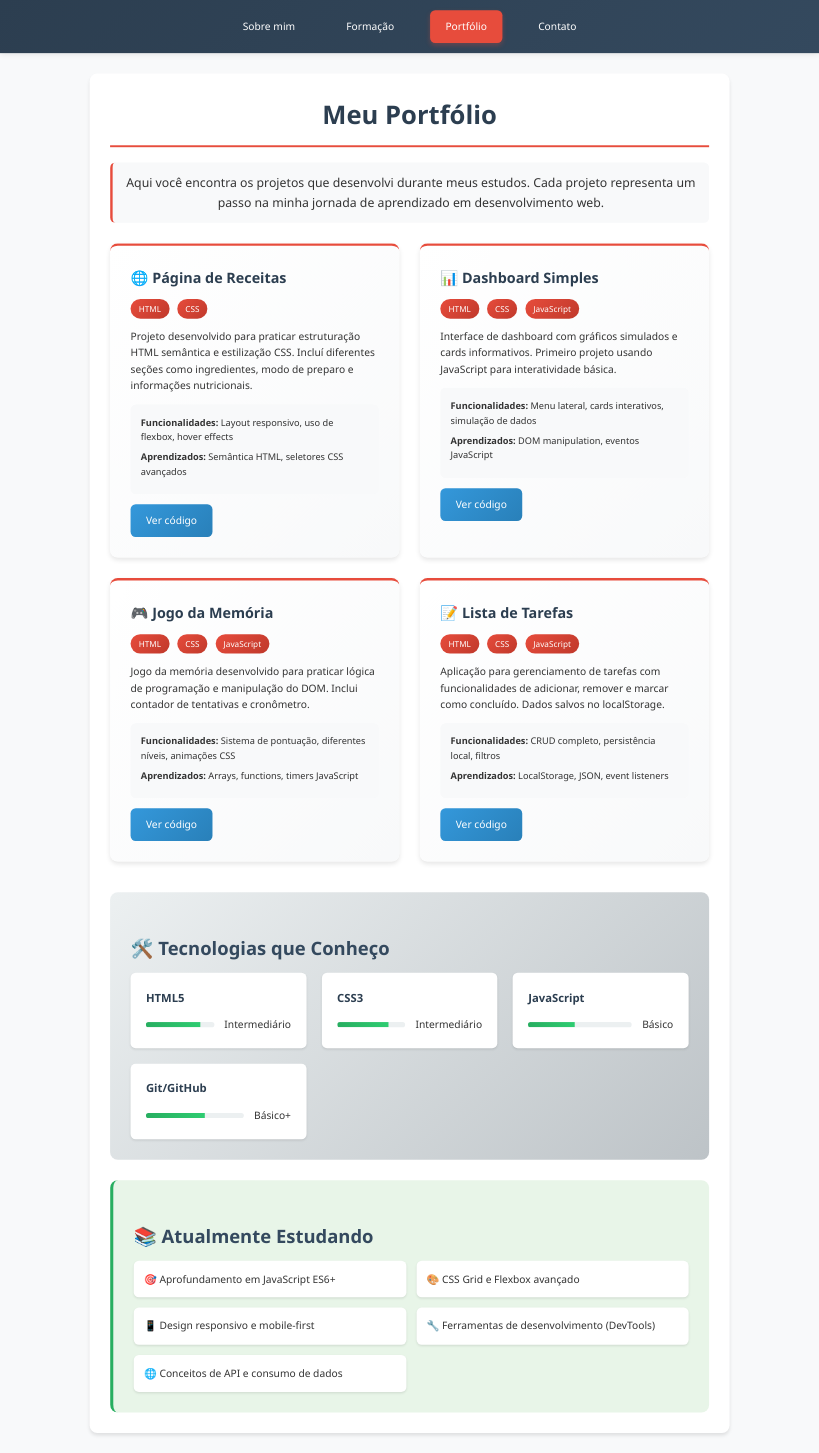
Repository: AnderHonorato/meu-portfolio
Page: portfolio.html
The author's editor kept a copy of each file at every save. The page is drawn from the files as they stood at one save, then again after the next save.
The browser window is 1280 px wide. The pictures show the whole page, at 64% of full size.

Above is the page before, as saved 2025-08-26 20:14:50.

### portfolio.html
<!DOCTYPE html>
<html lang="pt-br">
<head>
    <meta charset="UTF-8">
    <meta name="viewport" content="width=device-width, initial-scale=1.0">
    <title>Portfólio - João Silva</title>
    <link rel="stylesheet" href="css/style.css">
</head>
<body>
    <!-- Menu de navegação idêntico em todas as páginas -->
    <nav class="menu">
        <ul>
            <li><a href="index.html">Sobre mim</a></li>
            <li><a href="formacao.html">Formação</a></li>
            <li><a href="portfolio.html" class="ativo">Portfólio</a></li>
            <li><a href="contato.html">Contato</a></li>
        </ul>
    </nav>

    <!-- Conteúdo específico da página de portfólio -->
    <main class="conteudo">
        <h1>Meu Portfólio</h1>

        <p class="intro-portfolio">Aqui você encontra os projetos que desenvolvi durante meus estudos. Cada projeto representa um passo na minha jornada de aprendizado em desenvolvimento web.</p>

        <!-- Grid de projetos -->
        <div class="projetos-grid">
            <div class="projeto-item">
                <h3>🌐 Página de Receitas</h3>
                <div class="tags-projeto">
                    <span class="tag">HTML</span>
                    <span class="tag">CSS</span>
                </div>
                <p>Projeto desenvolvido para praticar estruturação HTML semântica e estilização CSS. Incluí diferentes seções como ingredientes, modo de preparo e informações nutricionais.</p>
                <div class="projeto-detalhes">
                    <p><strong>Funcionalidades:</strong> Layout responsivo, uso de flexbox, hover effects</p>
                    <p><strong>Aprendizados:</strong> Semântica HTML, seletores CSS avançados</p>
                </div>
                <a href="#" class="btn-projeto">Ver código</a>
            </div>

            <div class="projeto-item">
                <h3>📊 Dashboard Simples</h3>
                <div class="tags-projeto">
                    <span class="tag">HTML</span>
                    <span class="tag">CSS</span>
                    <span class="tag">JavaScript</span>
                </div>
                <p>Interface de dashboard com gráficos simulados e cards informativos. Primeiro projeto usando JavaScript para interatividade básica.</p>
                <div class="projeto-detalhes">
                    <p><strong>Funcionalidades:</strong> Menu lateral, cards interativos, simulação de dados</p>
                    <p><strong>Aprendizados:</strong> DOM manipulation, eventos JavaScript</p>
                </div>
                <a href="#" class="btn-projeto">Ver código</a>
            </div>

            <div class="projeto-item">
                <h3>🎮 Jogo da Memória</h3>
                <div class="tags-projeto">
                    <span class="tag">HTML</span>
                    <span class="tag">CSS</span>
                    <span class="tag">JavaScript</span>
                </div>
                <p>Jogo da memória desenvolvido para praticar lógica de programação e manipulação do DOM. Inclui contador de tentativas e cronômetro.</p>
                <div class="projeto-detalhes">
                    <p><strong>Funcionalidades:</strong> Sistema de pontuação, diferentes níveis, animações CSS</p>
                    <p><strong>Aprendizados:</strong> Arrays, functions, timers JavaScript</p>
                </div>
                <a href="#" class="btn-projeto">Ver código</a>
            </div>

            <div class="projeto-item">
                <h3>📝 Lista de Tarefas</h3>
                <div class="tags-projeto">
                    <span class="tag">HTML</span>
                    <span class="tag">CSS</span>
                    <span class="tag">JavaScript</span>
                </div>
                <p>Aplicação para gerenciamento de tarefas com funcionalidades de adicionar, remover e marcar como concluído. Dados salvos no localStorage.</p>
                <div class="projeto-detalhes">
                    <p><strong>Funcionalidades:</strong> CRUD completo, persistência local, filtros</p>
                    <p><strong>Aprendizados:</strong> LocalStorage, JSON, event listeners</p>
                </div>
                <a href="#" class="btn-projeto">Ver código</a>
            </div>
        </div>

        <!-- Seção de habilidades técnicas -->
        <div class="habilidades-secao">
            <h2>🛠️ Tecnologias que Conheço</h2>

            <div class="habilidades-grid">
                <div class="habilidade-item">
                    <h4>HTML5</h4>
                    <div class="nivel-habilidade">
                        <div class="barra-habilidade">
                            <div class="progresso-habilidade" style="width: 80%"></div>
                        </div>
                        <span>Intermediário</span>
                    </div>
                </div>

                <div class="habilidade-item">
                    <h4>CSS3</h4>
                    <div class="nivel-habilidade">
                        <div class="barra-habilidade">
                            <div class="progresso-habilidade" style="width: 75%"></div>
                        </div>
                        <span>Intermediário</span>
                    </div>
                </div>

                <div class="habilidade-item">
                    <h4>JavaScript</h4>
                    <div class="nivel-habilidade">
                        <div class="barra-habilidade">
                            <div class="progresso-habilidade" style="width: 45%"></div>
                        </div>
                        <span>Básico</span>
                    </div>
                </div>

                <div class="habilidade-item">
                    <h4>Git/GitHub</h4>
                    <div class="nivel-habilidade">
                        <div class="barra-habilidade">
                            <div class="progresso-habilidade" style="width: 60%"></div>
                        </div>
                        <span>Básico+</span>
                    </div>
                </div>
            </div>
        </div>

        <!-- Seção de estudos atuais -->
        <div class="estudos-atuais">
            <h2>📚 Atualmente Estudando</h2>
            <ul class="lista-estudos">
                <li>🎯 Aprofundamento em JavaScript ES6+</li>
                <li>🎨 CSS Grid e Flexbox avançado</li>
                <li>📱 Design responsivo e mobile-first</li>
                <li>🔧 Ferramentas de desenvolvimento (DevTools)</li>
                <li>🌐 Conceitos de API e consumo de dados</li>
            </ul>
        </div>
    </main>
</body>
</html>

Loaded but not shown: css/style.css (689 lines, source omitted)

After the next save:
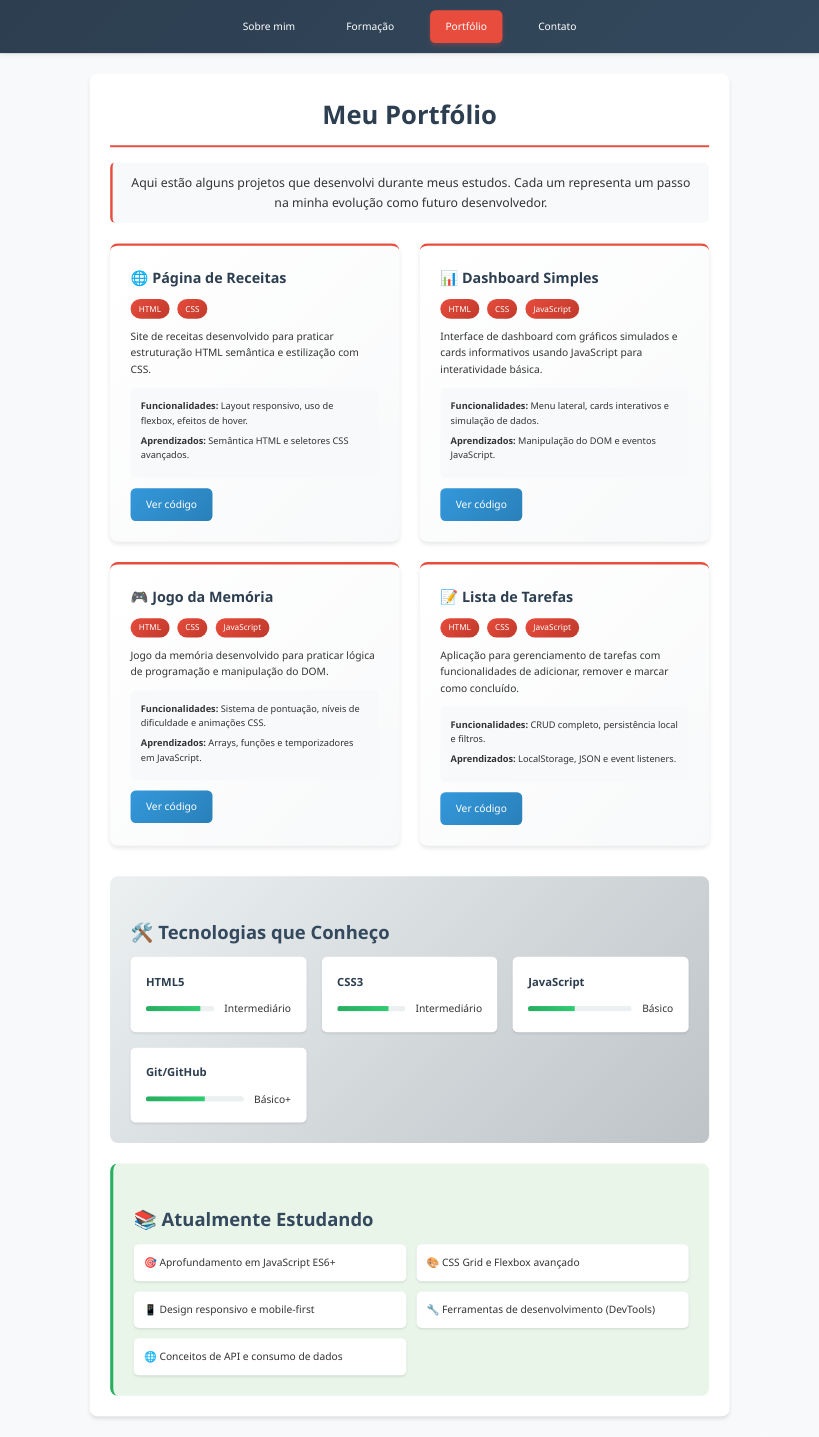
Saved 89 s later.
--- a/portfolio.html
+++ b/portfolio.html
@@ -3,11 +3,11 @@
 <head>
     <meta charset="UTF-8">
     <meta name="viewport" content="width=device-width, initial-scale=1.0">
-    <title>Portfólio - João Silva</title>
+    <title>Portfólio - Ander Honorato</title>
     <link rel="stylesheet" href="css/style.css">
 </head>
 <body>
-    <!-- Menu de navegação idêntico em todas as páginas -->
+    <!-- MENU DE NAVEGAÇÃO IDÊNTICO EM TODAS AS PÁGINAS -->
     <nav class="menu">
         <ul>
             <li><a href="index.html">Sobre mim</a></li>
@@ -17,13 +17,13 @@
         </ul>
     </nav>
 
-    <!-- Conteúdo específico da página de portfólio -->
+    <!-- CONTEÚDO ESPECÍFICO DA PÁGINA DE PORTFÓLIO -->
     <main class="conteudo">
         <h1>Meu Portfólio</h1>
 
-        <p class="intro-portfolio">Aqui você encontra os projetos que desenvolvi durante meus estudos. Cada projeto representa um passo na minha jornada de aprendizado em desenvolvimento web.</p>
+        <p class="intro-portfolio">Aqui estão alguns projetos que desenvolvi durante meus estudos. Cada um representa um passo na minha evolução como futuro desenvolvedor.</p>
 
-        <!-- Grid de projetos -->
+        <!-- GRID DE PROJETOS -->
         <div class="projetos-grid">
             <div class="projeto-item">
                 <h3>🌐 Página de Receitas</h3>
@@ -31,10 +31,10 @@
                     <span class="tag">HTML</span>
                     <span class="tag">CSS</span>
                 </div>
-                <p>Projeto desenvolvido para praticar estruturação HTML semântica e estilização CSS. Incluí diferentes seções como ingredientes, modo de preparo e informações nutricionais.</p>
+                <p>Site de receitas desenvolvido para praticar estruturação HTML semântica e estilização com CSS.</p>
                 <div class="projeto-detalhes">
-                    <p><strong>Funcionalidades:</strong> Layout responsivo, uso de flexbox, hover effects</p>
-                    <p><strong>Aprendizados:</strong> Semântica HTML, seletores CSS avançados</p>
+                    <p><strong>Funcionalidades:</strong> Layout responsivo, uso de flexbox, efeitos de hover.</p>
+                    <p><strong>Aprendizados:</strong> Semântica HTML e seletores CSS avançados.</p>
                 </div>
                 <a href="#" class="btn-projeto">Ver código</a>
             </div>
@@ -46,10 +46,10 @@
                     <span class="tag">CSS</span>
                     <span class="tag">JavaScript</span>
                 </div>
-                <p>Interface de dashboard com gráficos simulados e cards informativos. Primeiro projeto usando JavaScript para interatividade básica.</p>
+                <p>Interface de dashboard com gráficos simulados e cards informativos usando JavaScript para interatividade básica.</p>
                 <div class="projeto-detalhes">
-                    <p><strong>Funcionalidades:</strong> Menu lateral, cards interativos, simulação de dados</p>
-                    <p><strong>Aprendizados:</strong> DOM manipulation, eventos JavaScript</p>
+                    <p><strong>Funcionalidades:</strong> Menu lateral, cards interativos e simulação de dados.</p>
+                    <p><strong>Aprendizados:</strong> Manipulação do DOM e eventos JavaScript.</p>
                 </div>
                 <a href="#" class="btn-projeto">Ver código</a>
             </div>
@@ -61,10 +61,10 @@
                     <span class="tag">CSS</span>
                     <span class="tag">JavaScript</span>
                 </div>
-                <p>Jogo da memória desenvolvido para praticar lógica de programação e manipulação do DOM. Inclui contador de tentativas e cronômetro.</p>
+                <p>Jogo da memória desenvolvido para praticar lógica de programação e manipulação do DOM.</p>
                 <div class="projeto-detalhes">
-                    <p><strong>Funcionalidades:</strong> Sistema de pontuação, diferentes níveis, animações CSS</p>
-                    <p><strong>Aprendizados:</strong> Arrays, functions, timers JavaScript</p>
+                    <p><strong>Funcionalidades:</strong> Sistema de pontuação, níveis de dificuldade e animações CSS.</p>
+                    <p><strong>Aprendizados:</strong> Arrays, funções e temporizadores em JavaScript.</p>
                 </div>
                 <a href="#" class="btn-projeto">Ver código</a>
             </div>
@@ -76,19 +76,18 @@
                     <span class="tag">CSS</span>
                     <span class="tag">JavaScript</span>
                 </div>
-                <p>Aplicação para gerenciamento de tarefas com funcionalidades de adicionar, remover e marcar como concluído. Dados salvos no localStorage.</p>
+                <p>Aplicação para gerenciamento de tarefas com funcionalidades de adicionar, remover e marcar como concluído.</p>
                 <div class="projeto-detalhes">
-                    <p><strong>Funcionalidades:</strong> CRUD completo, persistência local, filtros</p>
-                    <p><strong>Aprendizados:</strong> LocalStorage, JSON, event listeners</p>
+                    <p><strong>Funcionalidades:</strong> CRUD completo, persistência local e filtros.</p>
+                    <p><strong>Aprendizados:</strong> LocalStorage, JSON e event listeners.</p>
                 </div>
                 <a href="#" class="btn-projeto">Ver código</a>
             </div>
         </div>
 
-        <!-- Seção de habilidades técnicas -->
+        <!-- SEÇÃO DE HABILIDADES TÉCNICAS -->
         <div class="habilidades-secao">
             <h2>🛠️ Tecnologias que Conheço</h2>
-
             <div class="habilidades-grid">
                 <div class="habilidade-item">
                     <h4>HTML5</h4>
@@ -99,7 +98,6 @@
                         <span>Intermediário</span>
                     </div>
                 </div>
-
                 <div class="habilidade-item">
                     <h4>CSS3</h4>
                     <div class="nivel-habilidade">
@@ -109,7 +107,6 @@
                         <span>Intermediário</span>
                     </div>
                 </div>
-
                 <div class="habilidade-item">
                     <h4>JavaScript</h4>
                     <div class="nivel-habilidade">
@@ -119,7 +116,6 @@
                         <span>Básico</span>
                     </div>
                 </div>
-
                 <div class="habilidade-item">
                     <h4>Git/GitHub</h4>
                     <div class="nivel-habilidade">
@@ -132,7 +128,7 @@
             </div>
         </div>
 
-        <!-- Seção de estudos atuais -->
+        <!-- SEÇÃO DE ESTUDOS ATUAIS -->
         <div class="estudos-atuais">
             <h2>📚 Atualmente Estudando</h2>
             <ul class="lista-estudos">
